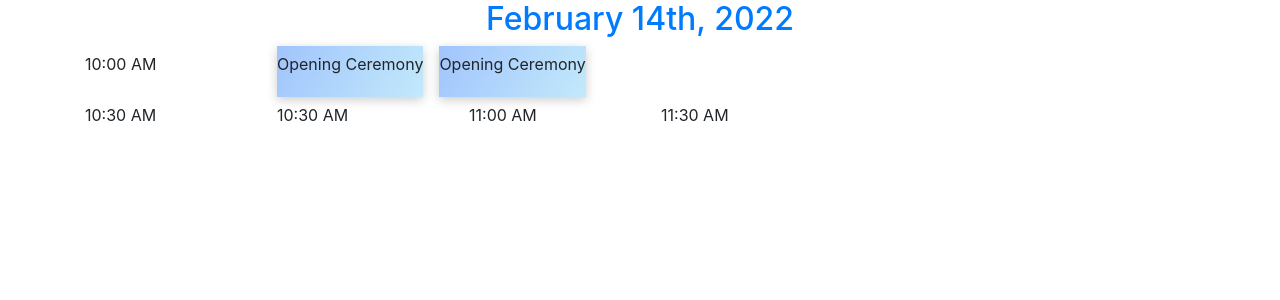
Repository: BaileyLuu/yuHacks2022
Page: public/schedule.html
The author's editor kept a copy of each file at every save. The page is drawn from the files as they stood at one save, then again after the next save.
The browser window is 1280 px wide. The pictures show the whole page.
Some web libraries are served in a nearby version.

Above is the page before, as saved 2021-11-20 12:50:41.

### public/schedule.html
<!DOCTYPE html>
<html lang="en">

<head>
    <meta charset="UTF-8">
    <meta http-equiv="X-UA-Compatible" content="IE=edge">
    <meta name="viewport" content="width=device-width, initial-scale=1.0">

    <script src="https://ajax.googleapis.com/ajax/libs/jquery/3.5.1/jquery.min.js"></script>

    <!-- Popper JS -->
    <script src="https://cdnjs.cloudflare.com/ajax/libs/popper.js/1.12.9/umd/popper.min.js"
        integrity="sha384-ApNbgh9B+Y1QKtv3Rn7W3mgPxhU9K/ScQsAP7hUibX39j7fakFPskvXusvfa0b4Q"
        crossorigin="anonymous"></script>

    <!-- Latest compiled JavaScript -->
    <script src="https://maxcdn.bootstrapcdn.com/bootstrap/4.0.0/js/bootstrap.min.js"
        integrity="sha384-JZR6Spejh4U02d8jOt6vLEHfe/JQGiRRSQQxSfFWpi1MquVdAyjUar5+76PVCmYl"
        crossorigin="anonymous"></script>

    <!-- Latest compiled and minified CSS -->
    <link rel="stylesheet" href="https://maxcdn.bootstrapcdn.com/bootstrap/4.0.0/css/bootstrap.min.css"
        integrity="sha384-Gn5384xqQ1aoWXA+058RXPxPg6fy4IWvTNh0E263XmFcJlSAwiGgFAW/dAiS6JXm" crossorigin="anonymous">

    <!-- AOS CSS Library CDN -->
    <link href="https://unpkg.com/aos@2.3.1/dist/aos.css" rel="stylesheet">
    <!-- Bootstrap Icons -->
    <link rel="stylesheet" href="https://cdn.jsdelivr.net/npm/bootstrap-icons@1.7.0/font/bootstrap-icons.css">



    <script src="https://code.jquery.com/jquery-3.2.1.slim.min.js"
        integrity="sha384-KJ3o2DKtIkvYIK3UENzmM7KCkRr/rE9/Qpg6aAZGJwFDMVNA/GpGFF93hXpG5KkN"
        crossorigin="anonymous"></script>
    <link rel="stylesheet" href="./schedule.css">
    <script src="schedule.js"></script>
    <script src="https://ajax.googleapis.com/ajax/libs/jquery/3.3.1/jquery.min.js"></script>
    <title>yuHacks Schedule</title>
</head>

<body>
    <section class="">
        <div class="container">
            <h2 class="text-primary title text-center">February 14th, 2022</h1>

                <!-- <div class="row row-cols-2">
          <div class="col">Column</div>
          <div class="col">Column</div>
          <div class="col">Column</div>
          <div class="col">Column</div>
          <div class="col">Column</div>
          <div class="col">Column</div>

        </div>
        <div class="row row-cols-2">
            <div class="col">Column</div>
            <div class="col">Column</div>
            <div class="col">Column</div>
            <div class="col">Column</div>
            <div class="col">Column</div>
            <div class="col">Column</div>

          </div> -->
                <div class="schedule-table">



                    <div class="box schedule-time">
                        <div class="schedule-time">10:00 AM</div>
                        <div class="session-box">Opening Ceremony</div>
                        <div class="session-box mx-3">Opening Ceremony</div>
                        <!-- <div class="schedule-time">12:00 PM</div>
                        <div class="schedule-time">12:30 PM</div>
                        <div class="schedule-time">01:00 PM</div>
                        <div class="schedule-time">01:30 PM</div>
                        <div class="schedule-time">02:00 PM</div>
                        <div class="schedule-time">02:30 PM</div>
                        <div class="schedule-time">03:00 PM</div>
                        <div class="schedule-time">03:30 PM</div>
                        <div class="schedule-time">04:00 PM</div>
                        <div class="schedule-time">04:30 PM</div>
                        <div class="schedule-time">05:00 PM</div>
                        <div class="schedule-time">05:30 PM</div>
                        <div class="schedule-time">06:00 PM</div>
                        <div class="schedule-time">06:30 PM</div>
                        <div class="schedule-time">07:00 PM</div>
                        <div class="schedule-time">07:30 PM</div>
                        <div class="schedule-time">08:00 PM</div>
                        <div class="schedule-time">08:30 PM</div>
                        <div class="schedule-time">09:00 PM</div>
                        <div class="schedule-time">09:30 PM</div>
                        <div class="schedule-time">10:00 PM</div>
                        <div class="schedule-time">10:30 PM</div>
                        <div class="schedule-time">11:00 PM</div>
                        <div class="schedule-time">11:30 PM</div> -->
                    </div>
                    <div class="box schedule-time">
                        <div class="schedule-time">10:30 AM</div>
                        <div class="schedule-time">10:30 AM</div>
                        <div class="schedule-time">11:00 AM</div>
                        <div class="schedule-time">11:30 AM</div>
                    </div>

                    <!-- <div class="col-md-8">
              <div>Introduction to Github</div>
              <div></div>
              <div>Introduction to Bootstrap</div>
          </div> -->

                </div>
        </div>
    </section>

    <script src="https://cdnjs.cloudflare.com/ajax/libs/jquery/3.6.0/jquery.min.js"
        integrity="sha512-894YE6QWD5I59HgZOGReFYm4dnWc1Qt5NtvYSaNcOP+u1T9qYdvdihz0PPSiiqn/+/3e7Jo4EaG7TubfWGUrMQ=="
        crossorigin="anonymous" referrerpolicy="no-referrer"></script>
    <!-- Option 1: Bootstrap Bundle with Popper -->
    <script src="https://cdn.jsdelivr.net/npm/bootstrap@5.1.3/dist/js/bootstrap.bundle.min.js"
        integrity="sha384-ka7Sk0Gln4gmtz2MlQnikT1wXgYsOg+OMhuP+IlRH9sENBO0LRn5q+8nbTov4+1p"
        crossorigin="anonymous"></script>

    <script src="https://unpkg.com/aos@2.3.1/dist/aos.js"></script>
    <script>
        AOS.init({
            offset: 500,
            duration: 800,
            once: true,
        }

        );
    </script>
</body>

</html>

### public/schedule.css
/* body {
    background-color: #141c3c;
  } */

.schedule-time{
  display:flex;
  flex-direction: column;
  width:15vw;
  height:7vh;
  box-sizing: border-box;
  z-index: 50;
  line-height: 5vh;
  flex-wrap: wrap;

}
.session-box{
  background-image: linear-gradient(120deg, #a1c4fd 0%, #c2e9fb 100%);
  box-shadow: 0 3px 10px rgb(0 0 0 / 0.2);
  flex: 1 1 70px;
  display: inline-block;
}
.schedule-table{
  display:flex;
  flex-direction:column;

}
.box>* {
  flex: 1 1 70px;
}

Loaded but not shown: public/schedule.js (no copy from this time; the picture is the same without it)

After the next save:
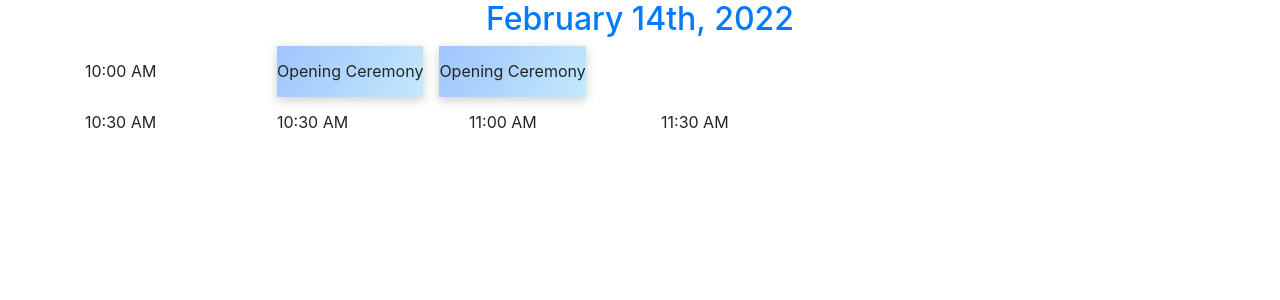
Saved 20 s later.
--- a/public/schedule.css
+++ b/public/schedule.css
@@ -9,7 +9,7 @@
   height:7vh;
   box-sizing: border-box;
   z-index: 50;
-  line-height: 5vh;
+  line-height: 7vh;
   flex-wrap: wrap;
 
 }
